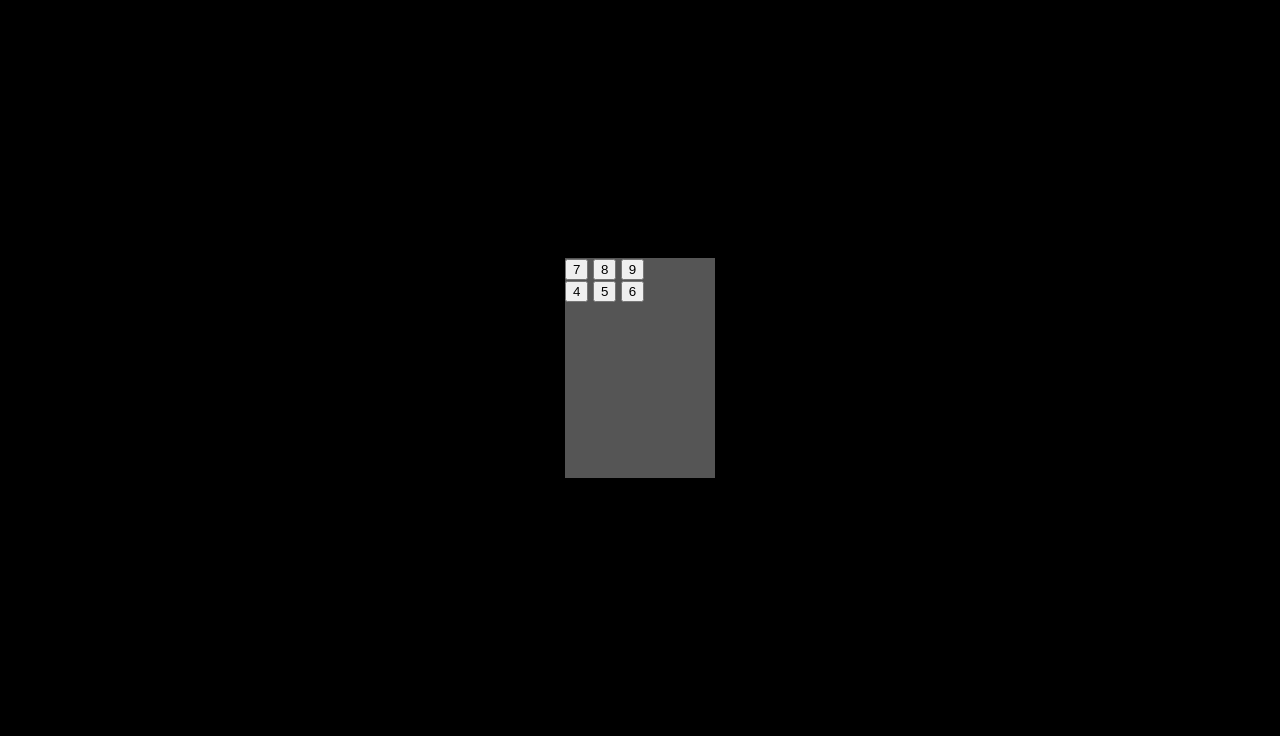
Repository: andersonxoliveira/Aplicacao_Calculadora
Page: /
These files come from the project's save history. The page is drawn as it stood at one moment and after the next save; the edit follows.
The browser window is 1280 px wide. The pictures show the whole page.
The project was rebuilt for these pictures with package versions that can differ from the ones it lists, and the page was loaded fresh each time. Also part of the build but not shown: svelte.config.js, vite.config.ts.

Above is the page before, as saved 2022-06-26 17:47:15.

After the next save:
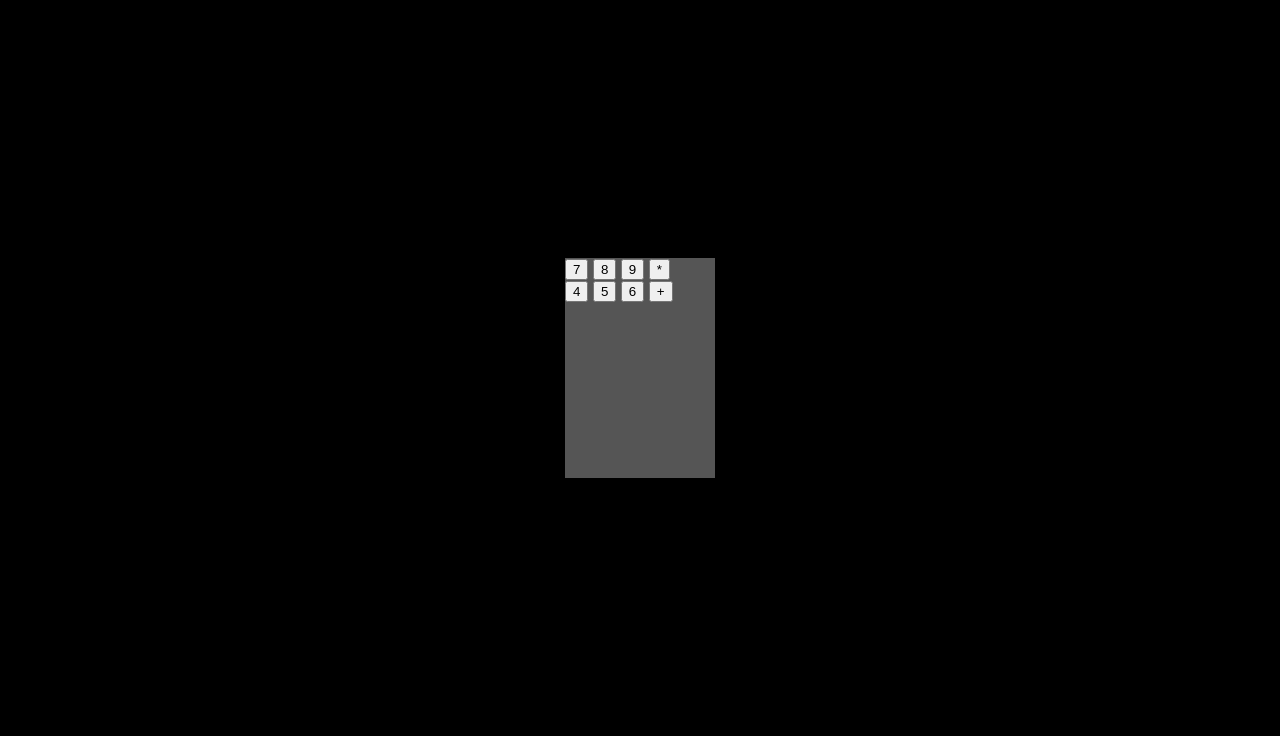
Saved 118 s later.
--- a/src/components/Calculadora.svelte
+++ b/src/components/Calculadora.svelte
@@ -8,11 +8,13 @@ import Linha from "./Linha.svelte";
              <Botao texto="7"/>
              <Botao texto="8"/>
               <Botao texto="9"/>
+              <Botao texto="*"/>
       </Linha>
       <Linha >
         <Botao texto="4"/>
         <Botao texto="5"/>
          <Botao texto="6"/>
+         <Botao texto="+"/>
  </Linha>
 </div>
 
